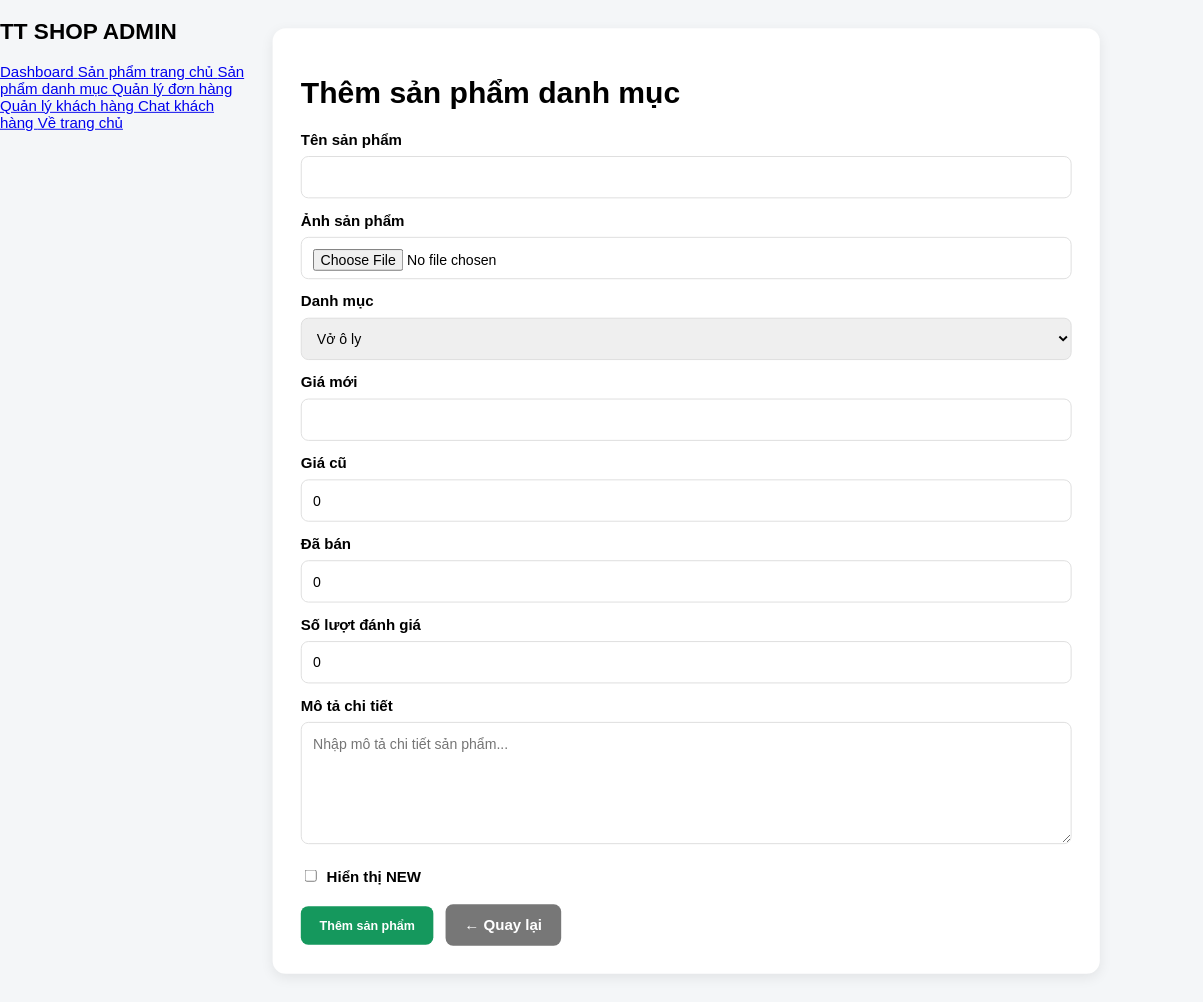
Repository: chuthimytam9a1920-ai/TTSHOP
Page: http://localhost/admin/add_category_product.php
An editor plug-in stored every save of this project. The page is shown before and after the next save, followed by the edit.
The browser window is 1280 px wide. The pictures show the whole page, at 94% of full size.
The page is run by PHP 8.4 with error messages shown; the project is at /var/www/html/. The session is filled in as if someone had signed in: {"admin_login": true, "admin_id": 1, "admin_name": 1}. Other server files are loaded and not shown.

Above is the page before, as saved 2026-05-18 23:15:04.

### admin/add_category_product.php
<?php
include "check_admin.php";
include "../connect.php";

$categories = [
    'vo-oly' => 'Vở ô ly',
    'vo-caro' => 'Vở caro',
    'vo-ke-ngang' => 'Vở kẻ ngang',
    'so-loxo' => 'Sổ lò xo',
    'so-da' => 'Sổ da',
    'but-bi' => 'Bút bi',
    'but-chi' => 'Bút chì',
    'but-muc' => 'Bút mực',
    'but-xoa' => 'Bút xoá',
    'but-quang' => 'Bút dạ quang',
    'thuoc' => 'Thước',
    'note' => 'Giấy note',
    'phan' => 'Phấn',
    'compa' => 'Compa',
    'hop-but' => 'Hộp bút',
    'giay-in' => 'Giấy in',
    'kep-giay' => 'Kẹp giấy',
    'dao-roc' => 'Dao rọc giấy',
    'bia-cong' => 'Bìa còng',
    'keo' => 'Kéo văn phòng',
    'balo-hs' => 'Balo học sinh',
    'balo-vp' => 'Balo văn phòng',
    'casio' => 'Casio',
    'mt-vp' => 'Máy tính văn phòng'
];

if ($_SERVER['REQUEST_METHOD'] === 'POST') {
    $name = trim($_POST['name'] ?? '');
    $type_slug = $_POST['type_slug'] ?? '';
    $price = (int)($_POST['price'] ?? 0);
    $old_price = (int)($_POST['old_price'] ?? 0);
    $sold_count = (int)($_POST['sold_count'] ?? 0);
    $rating_count = (int)($_POST['rating_count'] ?? 0);
    $mo_ta_chi_tiet = trim($_POST['mo_ta_chi_tiet'] ?? '');
    $is_new = isset($_POST['is_new']) ? 1 : 0;

    $imagePath = "";

    if (!empty($_FILES['image']['name'])) {
        $fileName = time() . "_" . basename($_FILES['image']['name']);
        $target = "../imagescategory/" . $fileName;

        if (move_uploaded_file($_FILES['image']['tmp_name'], $target)) {
            $imagePath = "imagescategory/" . $fileName;
        }
    }

    $sql = "INSERT INTO category_products
            (name, image, price, old_price, sold_count, rating_count, type_slug, is_new, mo_ta_chi_tiet)
            VALUES (?, ?, ?, ?, ?, ?, ?, ?, ?)";

    $stmt = mysqli_prepare($conn, $sql);

    mysqli_stmt_bind_param(
        $stmt,
        "ssiiiisis",
        $name,
        $imagePath,
        $price,
        $old_price,
        $sold_count,
        $rating_count,
        $type_slug,
        $is_new,
        $mo_ta_chi_tiet
    );

    mysqli_stmt_execute($stmt);

    header("Location: category_products.php");
    exit();
}
?>

<!DOCTYPE html>
<html lang="vi">
<head>
    <meta charset="UTF-8">
    <title>Thêm sản phẩm danh mục</title>

    <style>
        body{
            margin:0;
            font-family:Arial;
            background:#f4f6f8;
        }

        .layout{
            display:grid;
            grid-template-columns:260px 1fr;
            min-height:100vh;
        }

        .main{
            padding:30px;
        }

        .box{
            max-width:820px;
            background:white;
            padding:30px;
            border-radius:14px;
            box-shadow:0 4px 14px rgba(0,0,0,.08);
        }

        label{
            display:block;
            font-weight:bold;
            margin-top:15px;
        }

        input,
        select,
        textarea{
            width:100%;
            margin-top:8px;
            padding:12px;
            box-sizing:border-box;
            border:1px solid #ddd;
            border-radius:8px;
            font-family:Arial;
            font-size:15px;
        }

        input,
        select{
            height:45px;
        }

        textarea{
            min-height:130px;
            resize:vertical;
            line-height:1.5;
        }

        .check{
            width:auto;
            height:auto;
            margin-right:6px;
        }

        button,
        .back{
            display:inline-block;
            background:#15985d;
            color:white;
            border:none;
            padding:13px 20px;
            border-radius:8px;
            font-weight:bold;
            text-decoration:none;
            cursor:pointer;
            margin-top:20px;
        }

        .back{
            background:#777;
            margin-left:8px;
        }
    </style>
</head>

<body>

<div class="layout">

<?php
$page = "category_products";
include "sidebar.php";
?>

<main class="main">

    <div class="box">

        <h1>Thêm sản phẩm danh mục</h1>

        <form method="POST" enctype="multipart/form-data">

            <label>Tên sản phẩm</label>
            <input type="text" name="name" required>

            <label>Ảnh sản phẩm</label>
            <input type="file" name="image" accept="image/*" required>

            <label>Danh mục</label>
            <select name="type_slug" required>
                <?php foreach ($categories as $slug => $label) { ?>
                    <option value="<?php echo $slug; ?>">
                        <?php echo $label; ?>
                    </option>
                <?php } ?>
            </select>

            <label>Giá mới</label>
            <input type="number" name="price" required>

            <label>Giá cũ</label>
            <input type="number" name="old_price" value="0">

            <label>Đã bán</label>
            <input type="number" name="sold_count" value="0">

            <label>Số lượt đánh giá</label>
            <input type="number" name="rating_count" value="0">

            <label>Mô tả chi tiết</label>
            <textarea name="mo_ta_chi_tiet" placeholder="Nhập mô tả chi tiết sản phẩm..."></textarea>

            <label>
                <input class="check" type="checkbox" name="is_new" value="1">
                Hiển thị NEW
            </label>

            <button type="submit">Thêm sản phẩm</button>
            <a class="back" href="category_products.php">← Quay lại</a>

        </form>

    </div>

</main>

</div>

</body>
</html>

### admin/check_admin.php
<?php
if (session_status() === PHP_SESSION_NONE) {
    session_start();
}

if (!isset($_SESSION['admin_login']) || $_SESSION['admin_login'] !== true) {
    header("Location: login.php");
    exit();
}
?>

### connect.php
<?php
$servername = "localhost";
$username = "root"; // Mặc định của XAMPP
$password = "";     // Mặc định XAMPP để trống
$dbname = "ttshop";

$conn = mysqli_connect($servername, $username, $password, $dbname);

if (!$conn) {
    die("Kết nối thất bại: " . mysqli_connect_error());
}
// Thiết lập tiếng Việt có dấu
mysqli_set_charset($conn, "utf8");
?>

### admin/sidebar.php
<aside class="sidebar">

    <h2>TT SHOP ADMIN</h2>

    <a href="index.php"
       class="<?php echo ($page == 'dashboard') ? 'active' : ''; ?>">
        Dashboard
    </a>

    <a href="products.php"
       class="<?php echo ($page == 'products') ? 'active' : ''; ?>">
        Sản phẩm trang chủ
    </a>

    <a href="category_products.php"
       class="<?php echo ($page == 'category_products') ? 'active' : ''; ?>">
        Sản phẩm danh mục
    </a>

    <a href="orders.php"
       class="<?php echo ($page == 'orders') ? 'active' : ''; ?>">
        Quản lý đơn hàng
    </a>

<a href="customers.php" class="<?php echo ($page == 'customers') ? 'active' : ''; ?>">
    Quản lý khách hàng
</a>
<a href="chat.php"
   class="<?php echo ($page == 'chat') ? 'active' : ''; ?>">
    Chat khách hàng
</a>
    <a href="../index.php">
        Về trang chủ
    </a>

</aside>

After the next save:
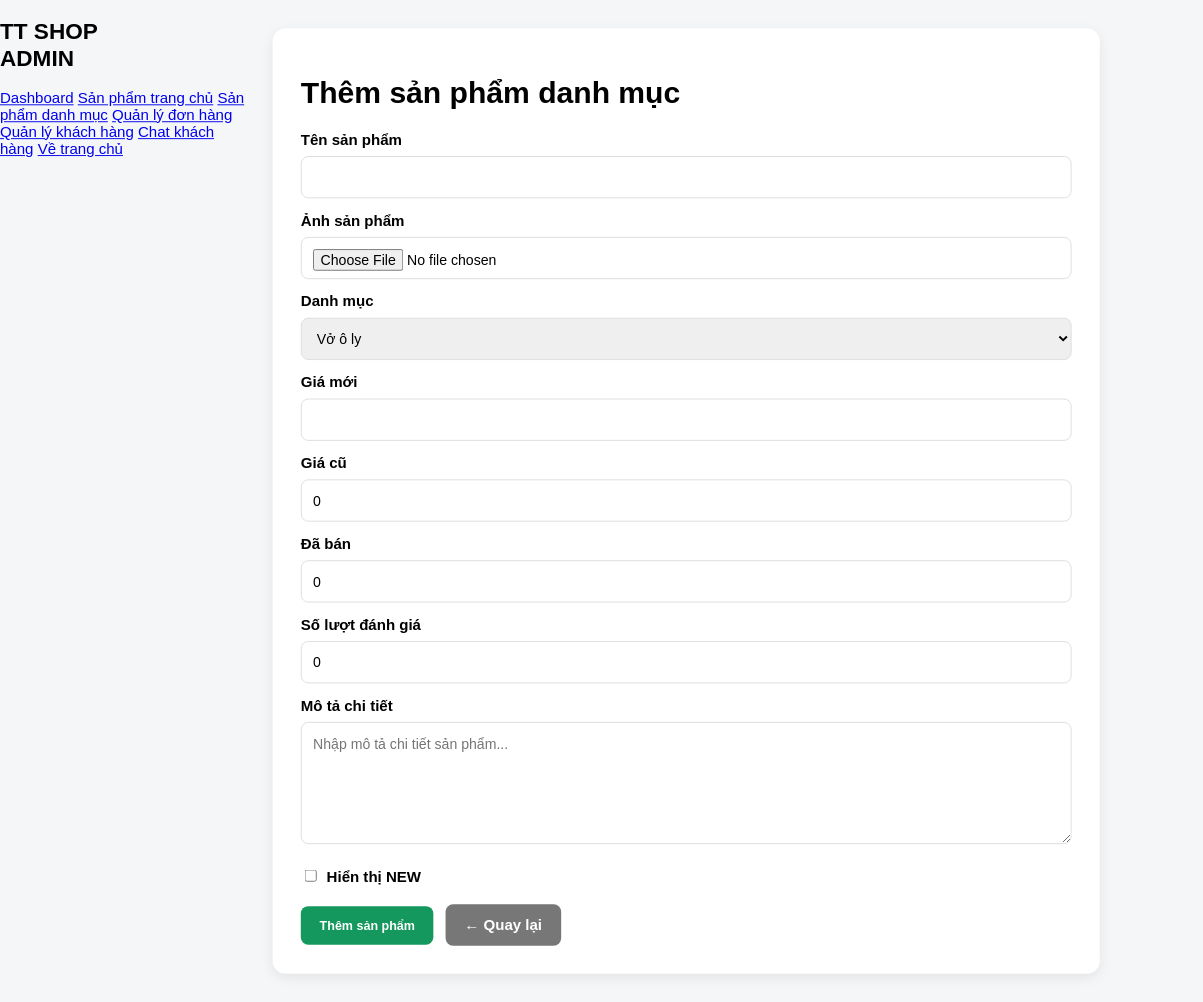
Saved 3 min 3 s later.
--- a/admin/add_category_product.php
+++ b/admin/add_category_product.php
@@ -168,12 +168,17 @@ if ($_SERVER['REQUEST_METHOD'] === 'POST') {
 <body>
 
 <div class="layout">
-
-<?php
-$page = "category_products";
-include "sidebar.php";
-?>
-
+<aside class="sidebar">
+    <h2>TT SHOP<br>ADMIN</h2>
+
+    <a href="index.php">Dashboard</a>
+    <a href="products.php">Sản phẩm trang chủ</a>
+    <a class="active" href="category_products.php">Sản phẩm danh mục</a>
+    <a href="orders.php">Quản lý đơn hàng</a>
+    <a href="customers.php">Quản lý khách hàng</a>
+    <a href="chat_admin.php">Chat khách hàng</a>
+    <a href="../index.php">Về trang chủ</a>
+</aside>
 <main class="main">
 
     <div class="box">
